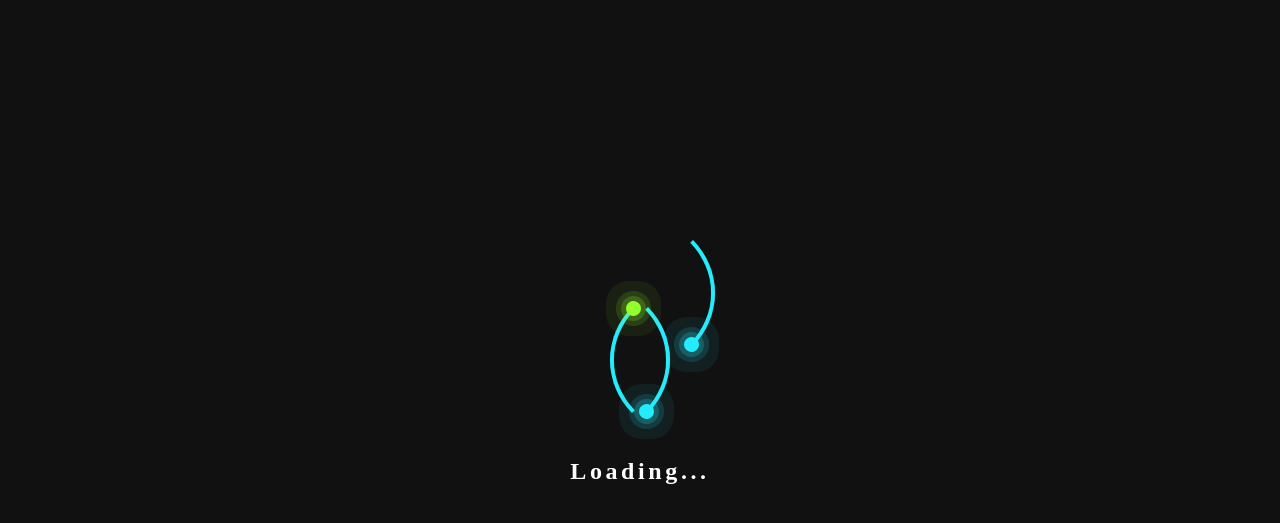
Repository: kiranjeetkaur01/csseffect.github.io
Page: index.html
The author's editor kept a copy of each file at every save. The page is drawn from the files as they stood at one save, then again after the next save.
The browser window is 1280 px wide. The pictures show the whole page.

Above is the page before, as saved 2023-09-08 12:09:36.

### index.html
<!DOCTYPE html>
<html lang="en">
<head>
    <meta charset="UTF-8">
    <meta name="viewport" content="width=device-width, initial-scale=1.0">
    <title>CSS Animation Effets</title>
    <link rel="stylesheet" href="style.css">
</head>
<body>
    <div class="container">
        <div class="ring">

        </div>
        <div class="ring">

        </div>
        <div class="ring">

        </div>
        <p>Loading...</p>
    </div>
</body>
</html>

### style.css
*{
    margin: 0;
    padding: 0;
    box-sizing: border-box;
}

body,html{
    display: flex;
    align-items: center;
    justify-content: center;
    min-height: 100vh;
    background: #111;
}
.container{
    position: relative;
    width: 100%;
    display: flex;
    align-items: center;
    justify-content: center;
}
.container .ring{
    position: relative;
    width: 150px;
    height: 150px;
    margin: -30px;
    border: 4px solid transparent;
    border-radius: 50%;
    border-top: 4px solid #24ecff;
    animation: animate 4s linear infinite;
}
@keyframes animate {
    0%{
        transform: rotate(0deg);
    }
    100%{
        transform: rotate(360deg);
    }
}
.container .ring::before{
    position: absolute;
    content: "";
    top: 12px;
    right: 12px;
    border-radius: 50%;
    width: 15px;
    height: 15px;
    background: #24ecff;
    box-shadow: 0 0 0 5px #24ecff33,
    0 0 0 10px #24ecff22,
    0 0 0 20px #24ecff11;
}
.container .ring:nth-child(3){
    position: absolute;
    top: -66.6px;

}
.container .ring:nth-child(2){
animation: animate2 4s linear infinite;
}
.container .ring:nth-child(2)::before{
    position: absolute;
    content: "";
    bottom: 12px;
    top: 12px;
    right: 12px;
    border-radius: 50%;
    width: 15px;
    height: 15px;
    background: #93ff2d;
    box-shadow: 0 0 0 5px #93ff2d33,
    0 0 0 10px #93ff2d22,
    0 0 0 20px #93ff2d11;
}

@keyframes animate2 {
    0%{
        transform: rotate(360deg);
    }
    100%{
        transform: rotate(0deg);
    }
}
.container .ring:nth-child(1){

}
.container p{
    position: absolute;
    color: #fff;
    font-size: 1.5em;
    font-family: gilroy;
    bottom: -80px;
    font-weight: 600;
    letter-spacing: 0.15em;


}

After the next save:
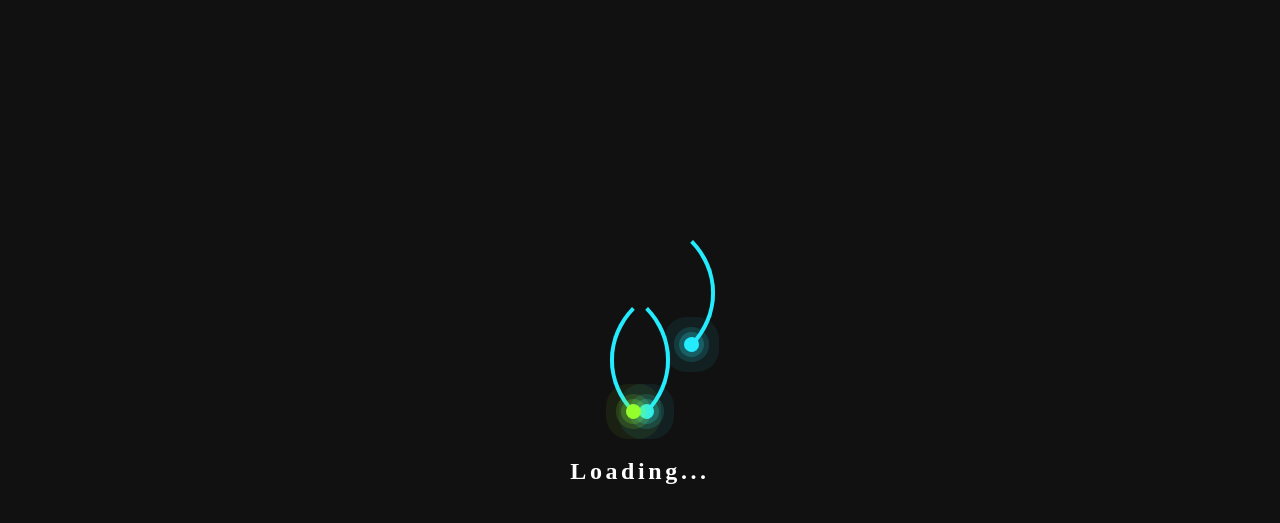
Saved 45 s later.
--- a/style.css
+++ b/style.css
@@ -62,7 +62,7 @@
     content: "";
     bottom: 12px;
     top: 12px;
-    right: 12px;
+    left: 12px;
     border-radius: 50%;
     width: 15px;
     height: 15px;
